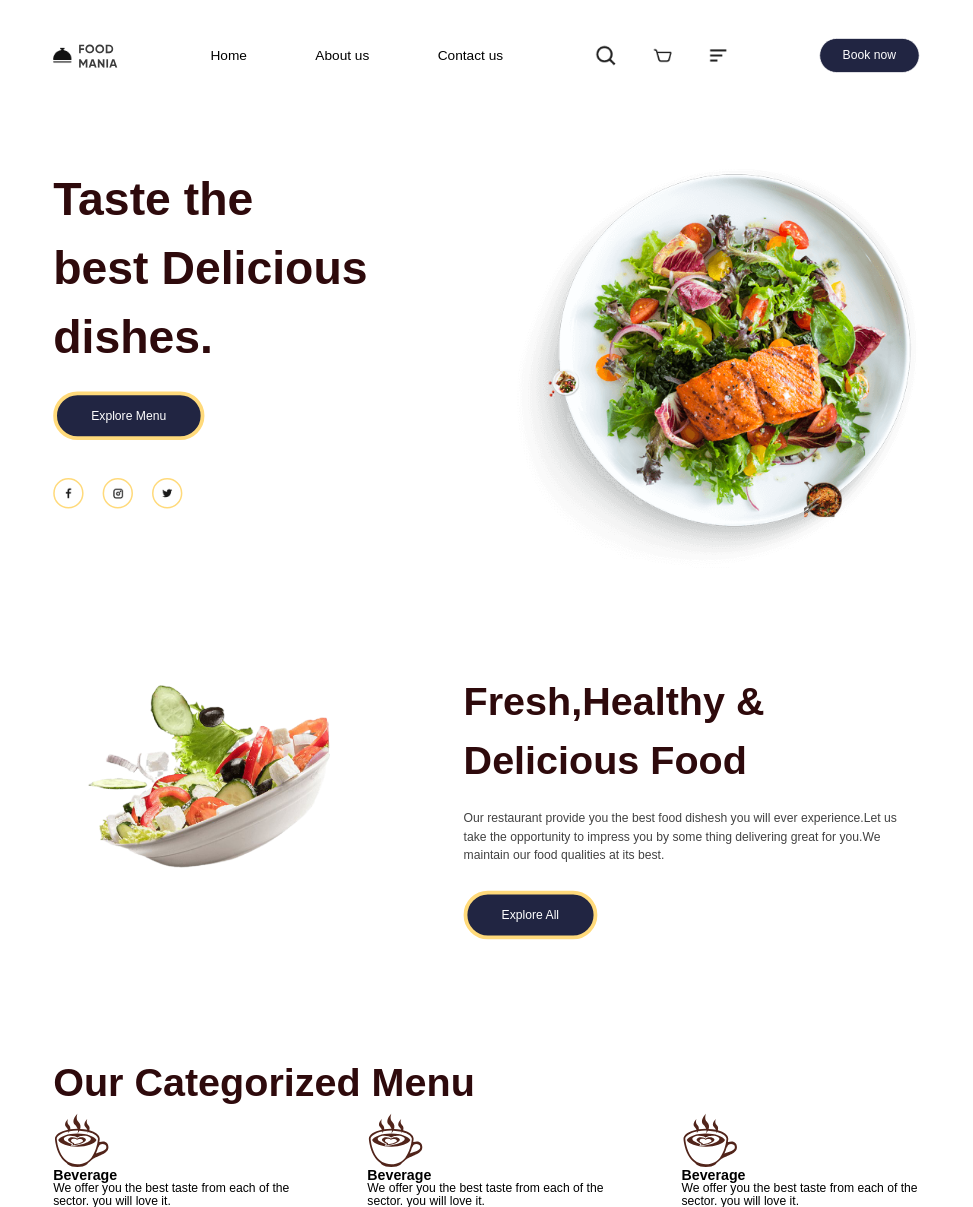
Repository: hoang0508/Figmafood
Page: index.html
An editor plug-in stored every save of this project. The page is shown before and after the next save, followed by the edit.
The browser window is 1280 px wide. The pictures show the whole page, at 76% of full size.
The style sheet was rebuilt from its Sass, Less or Tailwind sources for each picture, by a compiler version that may differ from the author's.

Above is the page before, as saved 2021-11-08 10:25:09.

After the next save:
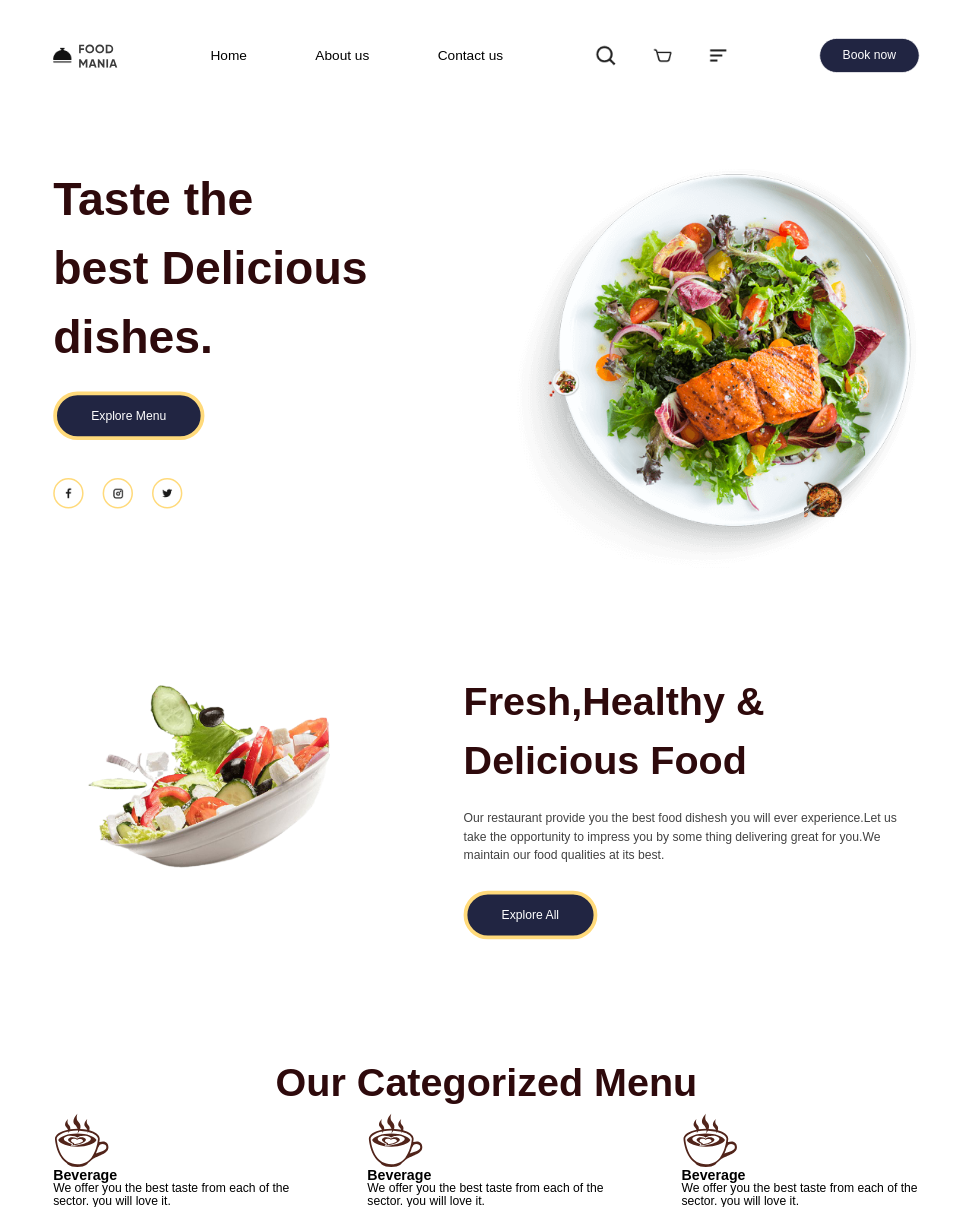
Saved 16 s later.
--- a/sass/_menu.scss
+++ b/sass/_menu.scss
@@ -1,4 +1,7 @@
 .menu {
+  &-heading {
+    text-align: center;
+  }
   &-list {
     display: grid;
     grid-template-columns: repeat(3, 1fr);
